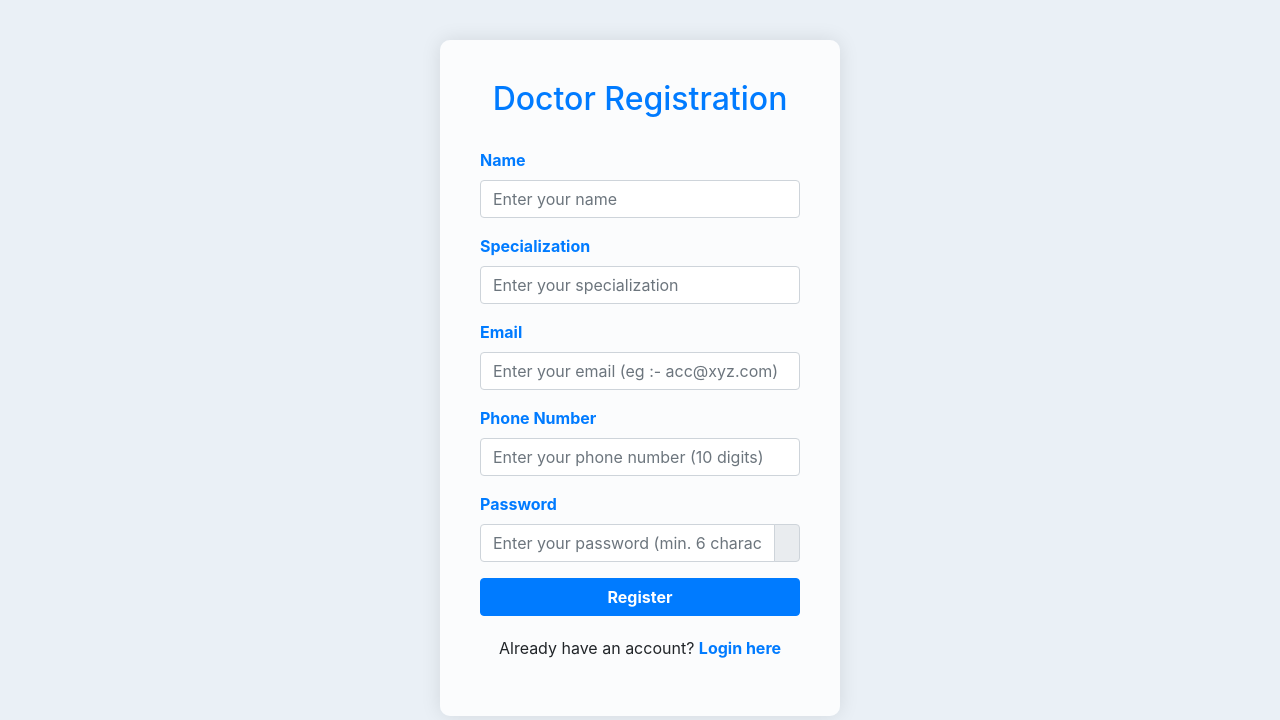
Repository: MohaseenAli/mediSlot
Page: http://localhost/mediSlot/doctor_regestration.jsp
These files come from the project's save history. The page is drawn as it stood at one moment and after the next save; the edit follows.
The browser window is 1280 px wide. The pictures show the whole page.
The page is served by Tomcat 10. Other server files are loaded and not shown.

Above is the page before, as saved 2024-04-21 12:59:58.

### mediSlot/src/main/webapp/doctor_regestration.jsp
<%@ page language="java" contentType="text/html; charset=UTF-8"
	pageEncoding="UTF-8"%>
<%@ page session="true"%>
<!DOCTYPE html>
<html lang="en">
<head>
<meta charset="UTF-8" />
<meta name="viewport" content="width=device-width, initial-scale=1.0" />
<title>MediSlot</title>
<link href="assets/image/icon.png" rel="icon">
<!-- Bootstrap CSS -->
<link
	href="https://stackpath.bootstrapcdn.com/bootstrap/4.5.2/css/bootstrap.min.css"
	rel="stylesheet" />
<!-- Custom CSS -->
<style>
body {
	background-color: #eaf0f6; /* Light blue background */
	padding-top: 40px;
}

.form-container {
	max-width: 400px;
	margin: auto;
	background-color: rgba(255, 255, 255, 0.8);
	/* Semi-transparent white form background */
	padding: 40px;
	border-radius: 10px;
	box-shadow: 0 0 20px rgba(0, 0, 0, 0.1);
}

.form-container h2 {
	color: #007bff; /* Blue header text */
	text-align: center;
	margin-bottom: 30px;
}

.form-container .form-group label {
	color: #007bff; /* Blue label text */
	font-weight: bold;
}

.form-container .btn-primary {
	background-color: #007bff; /* Blue button background */
	border-color: #007bff;
	font-weight: bold;
	transition: background-color 0.3s;
}

.form-container .btn-primary:hover {
	background-color: #0056b3; /* Darker blue on hover */
	border-color: #0056b3;
}

.login-link {
	text-align: center;
	margin-top: 20px;
}

.login-link a {
	color: #007bff; /* Blue login link text */
	text-decoration: none;
	font-weight: bold;
	transition: color 0.3s;
}

.login-link a:hover {
	color: #0056b3; /* Darker blue on hover */
}
</style>
</head>
<body>
	<div class="container">
		<div class="form-container">
			<h2>Doctor Registration</h2>
			<%
			String error = (String) session.getAttribute("regError");
			if (error != null) {
			%>
			<p style="color: red; display: flex; justify-content: center"><%=error%></p>
			<%
			session.removeAttribute("regError");
			}
			%>
			<form method=post action="doctorRegestration">
				<div class="form-group">
					<label for="name">Name</label> <input type="text"
						class="form-control" id="name" name="name"
						placeholder="Enter your name" required />
				</div>
				<div class="form-group">
					<label for="specialization">Specialization</label> <input
						type="text" class="form-control" id="specialization"
						name="specialization" placeholder="Enter your specialization"
						required />
				</div>
				<div class="form-group">
					<label for="email">Email</label> <input type="email"
						class="form-control" id="email" name="email"
						placeholder="Enter your email (eg :- acc@xyz.com)" required />
				</div>

				<div class="form-group">
					<label for="phone">Phone Number</label> <input type="tel"
						class="form-control" id="phone" name="phone" pattern="[1-9]{1}[0-9]{9}"
						placeholder="Enter your phone number (10 digits)" required />
				</div>

				<div class="form-group">
                    <label for="password">Password</label>
                    <div class="input-group">
                        <input type="password" class="form-control" id="password" name="password" pattern=".{5,}" placeholder="Enter your password (min. 6 characters)" required />
                        <div class="input-group-append">
                            <span class="input-group-text" id="togglePassword">
                                <i class="fa fa-eye-slash" aria-hidden="true"></i>
                            </span>
                        </div>
                    </div>
                </div>

				<button type="submit" class="btn btn-primary btn-block">
					Register</button>
			</form>
			<div class="login-link">
				<p>
					Already have an account? <a href="doctor_login.jsp">Login here</a>
				</p>
			</div>
		</div>
	</div>

	<!-- JavaScript to toggle password visibility -->
    <script>
        const togglePassword = document.querySelector('#togglePassword');
        const password = document.querySelector('#password');

        togglePassword.addEventListener('click', function (e) {
            // toggle the type attribute
            const type = password.getAttribute('type') === 'password' ? 'text' : 'password';
            password.setAttribute('type', type);
            // toggle the eye slash icon
            this.querySelector('i').classList.toggle('fa-eye-slash');
            this.querySelector('i').classList.toggle('fa-eye');
        });
    </script>
</body>
</html>

After the next save:
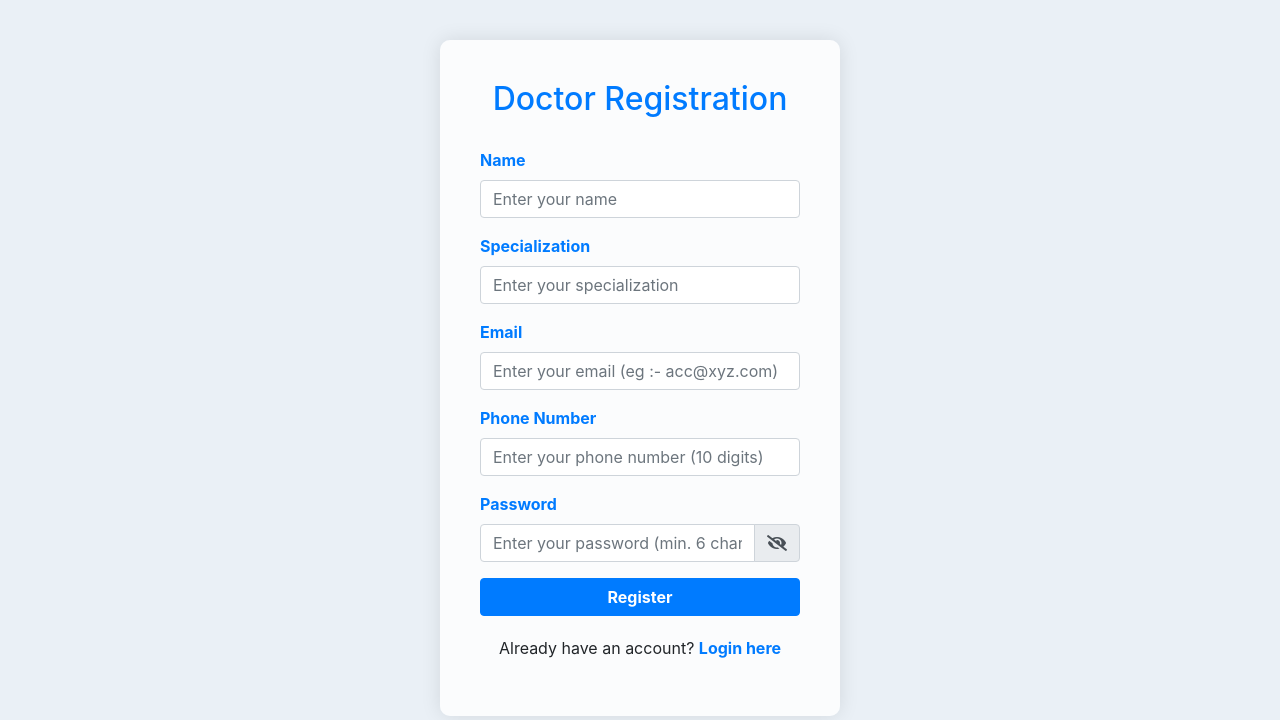
Saved 24 s later.
--- a/mediSlot/src/main/webapp/doctor_regestration.jsp
+++ b/mediSlot/src/main/webapp/doctor_regestration.jsp
@@ -10,8 +10,9 @@
 <link href="assets/image/icon.png" rel="icon">
 <!-- Bootstrap CSS -->
 <link
-	href="https://stackpath.bootstrapcdn.com/bootstrap/4.5.2/css/bootstrap.min.css"
-	rel="stylesheet" />
+	href="https://stackpath.bootstrapcdn.com/bootstrap/4.5.2/css/bootstrap.min.css" rel="stylesheet" />
+<!-- Font Awesome for eye icon -->
+<link href="https://cdnjs.cloudflare.com/ajax/libs/font-awesome/5.15.4/css/all.min.css" rel="stylesheet">
 <!-- Custom CSS -->
 <style>
 body {
